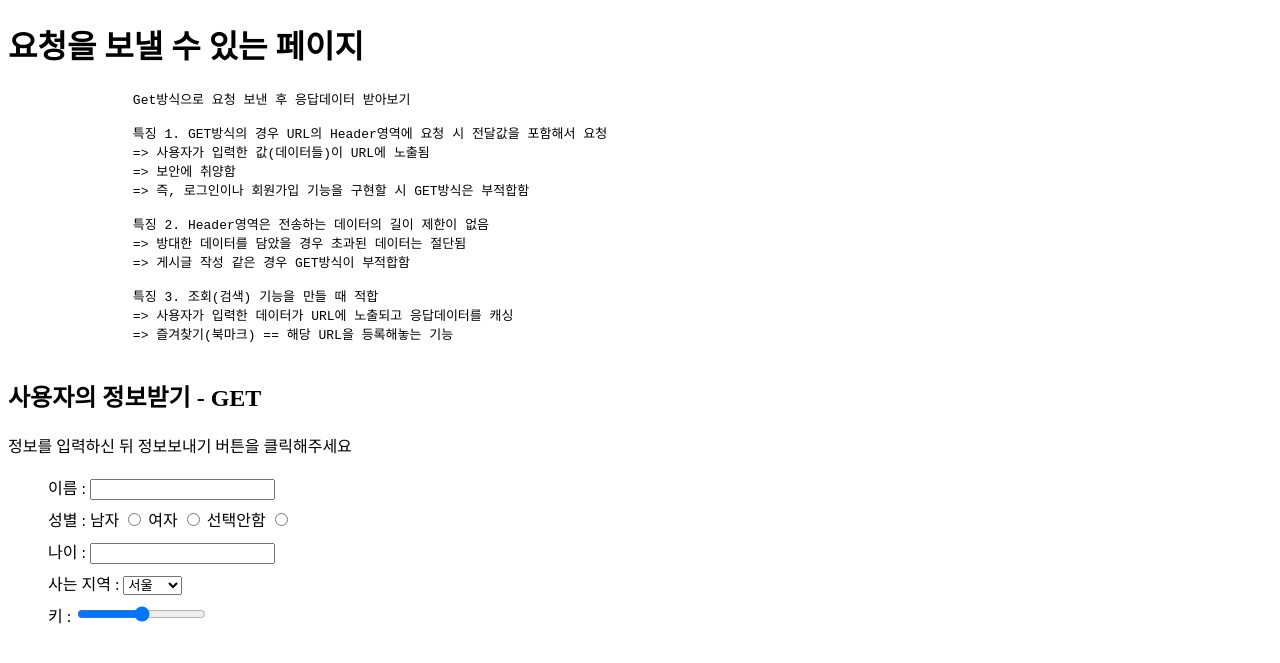
Repository: Simyoungdo04/dynamic-workspace
Page: FirstProject/src/main/webapp/views/request_get.html
These files come from the project's save history. The page is drawn as it stood at one moment and after a run of saves; the edit follows.
The browser window is 1280 px wide. The pictures show the whole page.

Above is the page before, as saved 2026-05-04 05:16:41.

### FirstProject/src/main/webapp/views/request_get.html
<!DOCTYPE html>
<html>
<head>
<meta charset="UTF-8">
<title>요청 페이지</title>
<style>
	ul{
		list-style: none;
		line-height: 200%;
	}
</style>
</head>
<body>
	<h1>요청을 보낼 수 있는 페이지</h1>

	<pre>
		Get방식으로 요청 보낸 후 응답데이터 받아보기

		특징 1. GET방식의 경우 URL의 Header영역에 요청 시 전달값을 포함해서 요청
		=> 사용자가 입력한 값(데이터들)이 URL에 노출됨
		=> 보안에 취양함
		=> 즉, 로그인이나 회원가입 기능을 구현할 시 GET방식은 부적합함

		특징 2. Header영역은 전송하는 데이터의 길이 제한이 없음
		=> 방대한 데이터를 담았을 경우 초과된 데이터는 절단됨
		=> 게시글 작성 같은 경우 GET방식이 부적합함

		특징 3. 조회(검색) 기능을 만들 때 적합
		=> 사용자가 입력한 데이터가 URL에 노출되고 응답데이터를 캐싱
		=> 즐겨찾기(북마크) == 해당 URL을 등록해놓는 기능
	</pre>

	<h2> 사용자의 정보받기 - GET </h2>
	<p>정보를 입력하신 뒤 정보보내기 버튼을 클릭해주세요</p>

	<form method="get">
		<ul>
			<li>
				이름 : <input type="text" name="name" />
			</li>
			<li>
				성별 :
				남자 <input type="radio" name="gender" value="남자"/>
				여자 <input type="radio" name="gender" value="여자"/>
				선택안함 <input type="radio" name="gender" value="선택 안 함"/>
			</li>
			<li>
				나이 : <input type="number" name="age"/>
			</li>
			<li>
				사는 지역 :
				<select name="city">
					<option>서울</option>
					<option value="제주도">제주도</option>
				</select>
			</li>
			<li>
				키 : <input type="range" min=130/>
			</li>
			<li>

			</li>
			<li>

			</li>
		</ul>
	</form>





















</body>
</html>

After the next 2 saves:
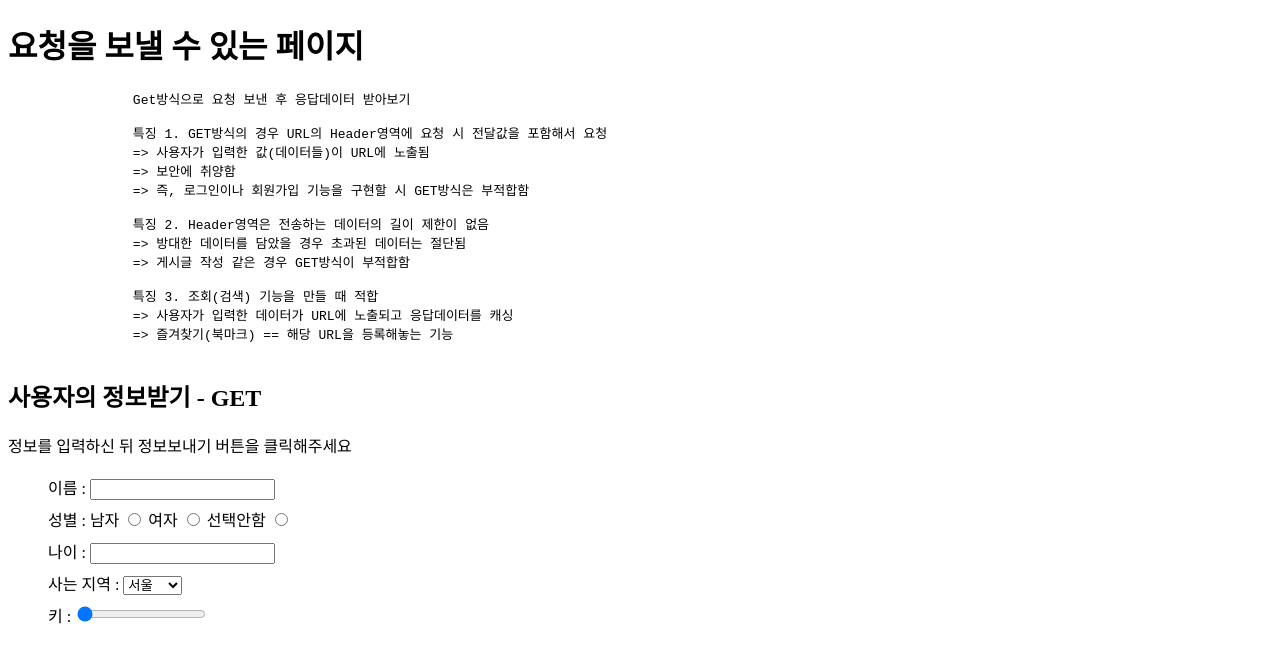
The 2 saves are shown as one change because they came seconds apart.
The last was saved 5 s later.
--- a/FirstProject/src/main/webapp/views/request_get.html
+++ b/FirstProject/src/main/webapp/views/request_get.html
@@ -55,7 +55,7 @@
 				</select>
 			</li>
 			<li>
-				키 : <input type="range" min=130/>
+				키 : <input type="range" min="130" />
 			</li>
 			<li>
 

After the save that followed:
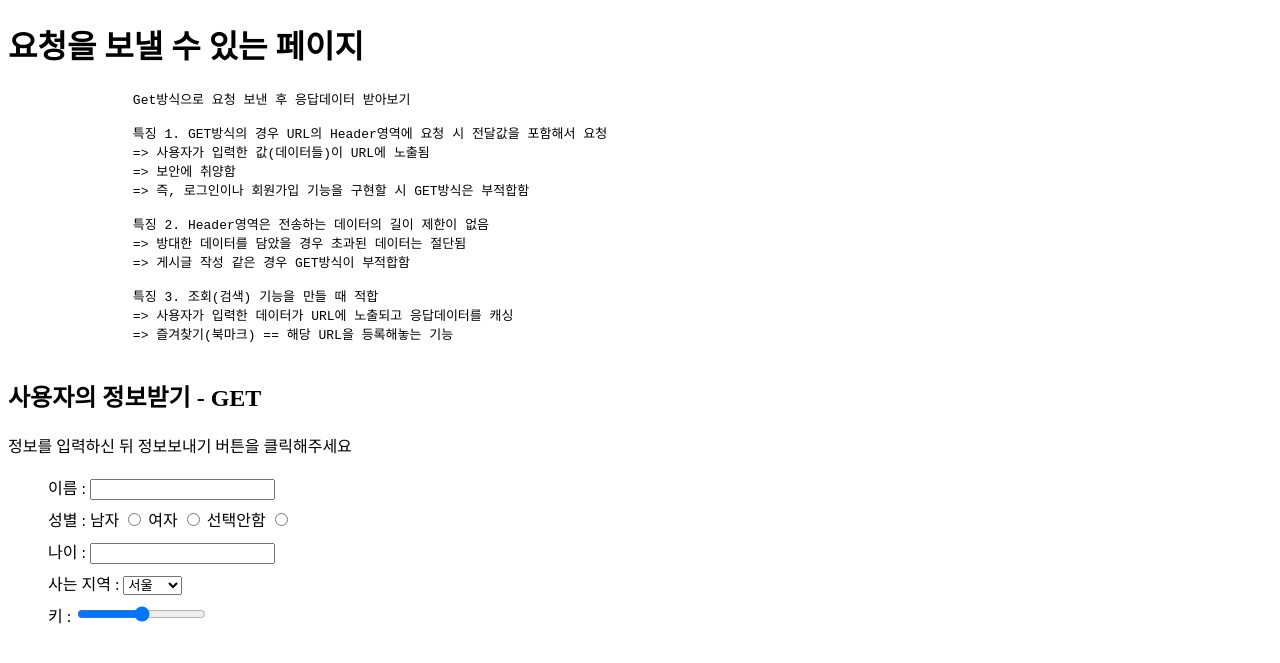
Saved 5 s later.
--- a/FirstProject/src/main/webapp/views/request_get.html
+++ b/FirstProject/src/main/webapp/views/request_get.html
@@ -55,7 +55,7 @@
 				</select>
 			</li>
 			<li>
-				키 : <input type="range" min="130" />
+				키 : <input type="range" min="130" max="220"/>
 			</li>
 			<li>
 
